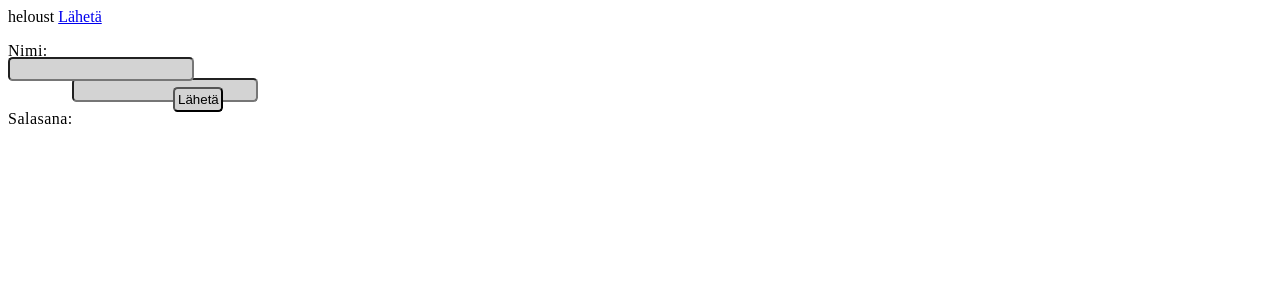
Repository: sirkian/ohj2-t4
Page: http://localhost/Kommunikaatio/
An editor plug-in stored every save of this project. The page is shown before and after the next save, followed by the edit.
The browser window is 1280 px wide. The pictures show the whole page.
The page is served by Tomcat 9.

Above is the page before, as saved 2022-03-19 14:13:12.

After the next save:
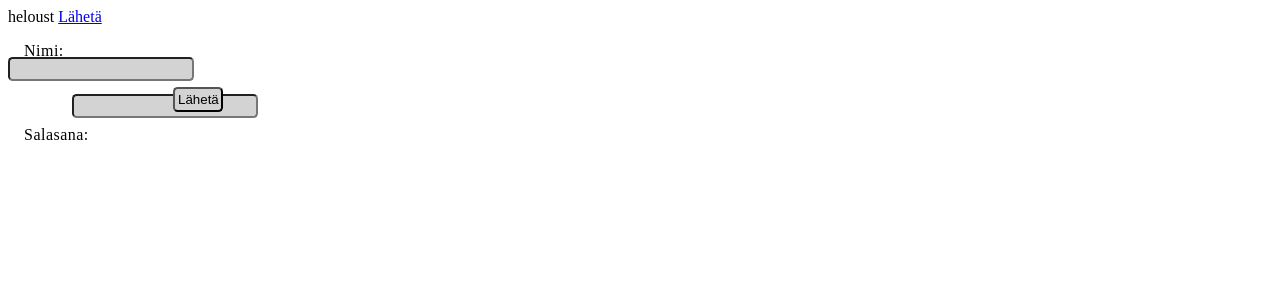
Saved 43 s later.
--- a/Kommunikaatio/src/main/webapp/index.jsp
+++ b/Kommunikaatio/src/main/webapp/index.jsp
@@ -6,7 +6,9 @@
 <meta charset="ISO-8859-1">
 <title>Insert title here</title>
 <style>
-
+p {
+	padding: 0 0 1em 1em;
+}
 input {
 	background: lightgrey;
 	border-radius:0.35em;
